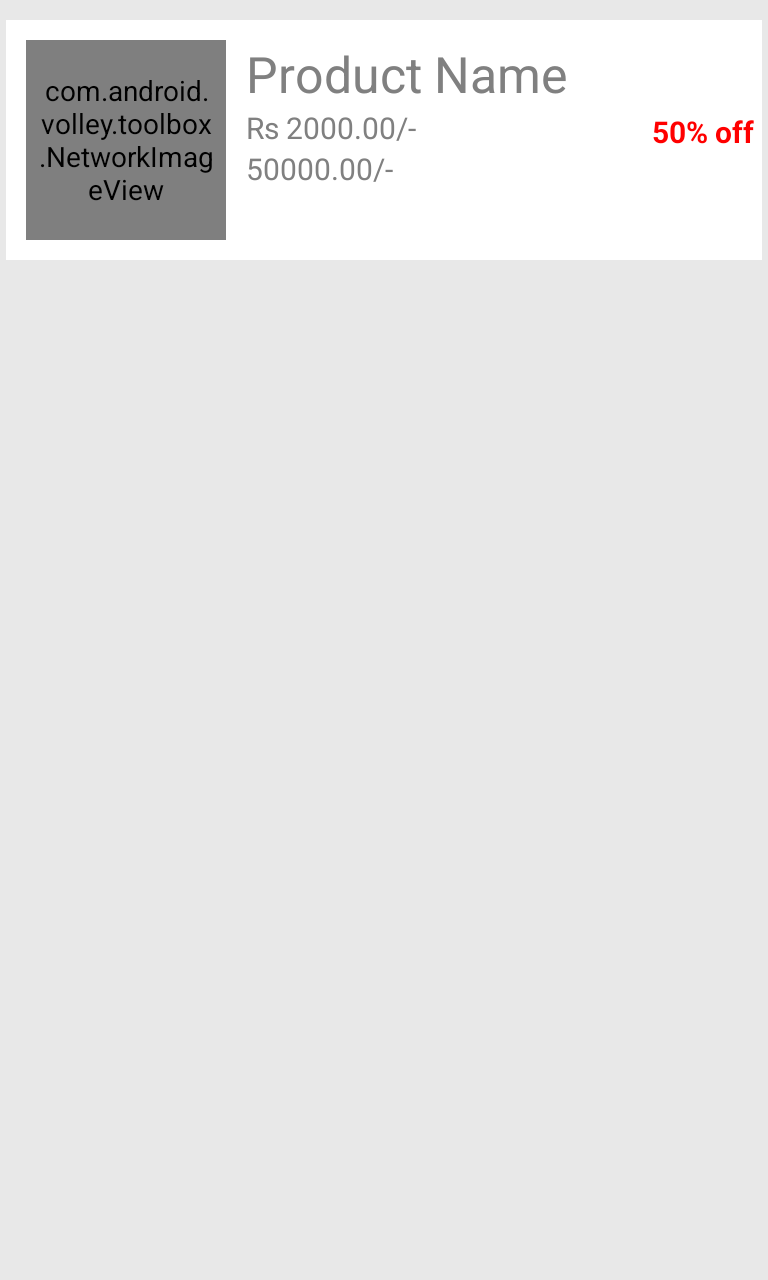
Repository: thisisdemo333/BigDiscount
Layout: BigDiscounts/res/layout/view_lv_search_list.xml
An editor plug-in stored every save of this project. The layout is shown before and after the next save, followed by the edit.
Pictures or frames that could not be fetched are drawn as grey boxes. It is drawn on a 768 x 1280 px phone screen (xhdpi) without system bars, with theme AppTheme; the app's code is not run.

Above is the layout before, as saved 2015-05-10 16:06:55.

After the next save:
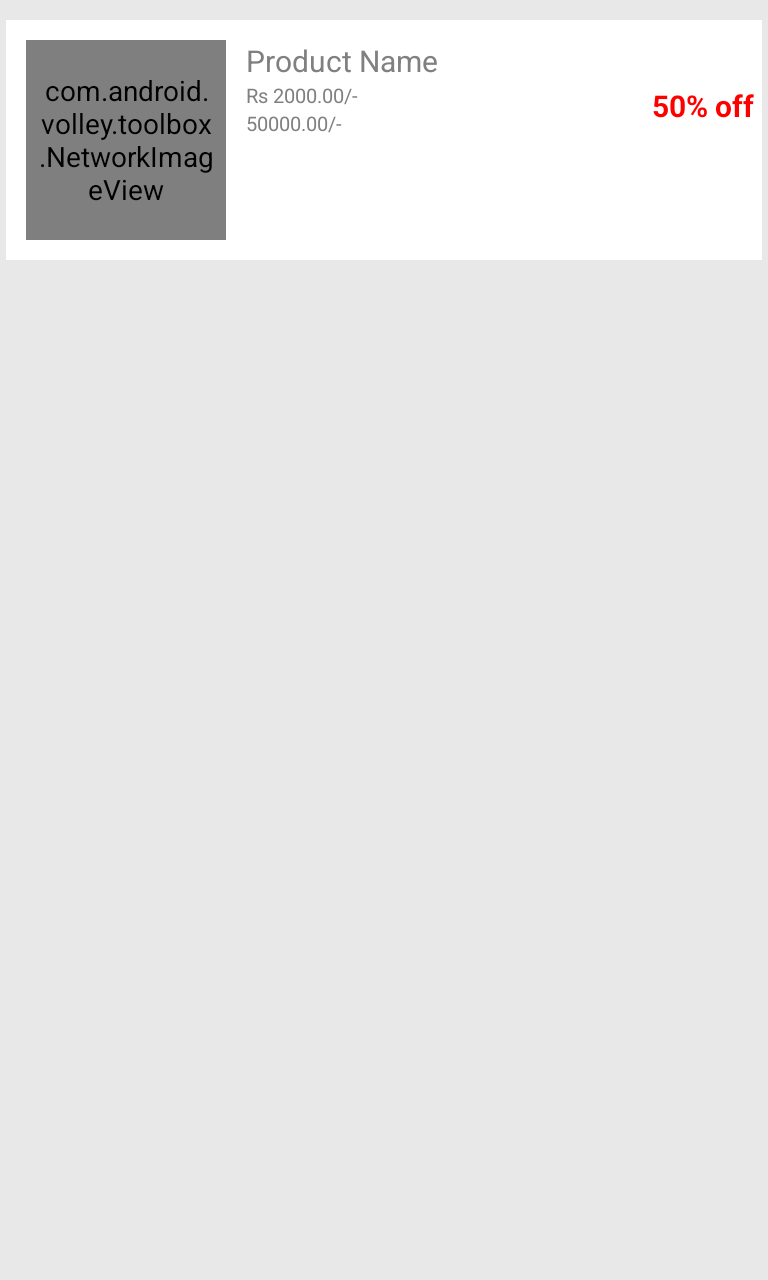
Saved 8 min 22 s later.
--- a/BigDiscounts/res/layout/view_lv_search_list.xml
+++ b/BigDiscounts/res/layout/view_lv_search_list.xml
@@ -46,7 +46,7 @@
             android:layout_toRightOf="@+id/image_loader"
             android:text="Product Name"
             android:textColor="@color/gray"
-            android:textSize="@dimen/large_text_size" />
+            android:textSize="@dimen/medium_text_size" />
 
         <TextView
             android:id="@+id/tv_product_selling_prise"
@@ -56,7 +56,7 @@
             android:layout_toRightOf="@+id/image_loader"
             android:text="Rs 2000.00/-"
             android:textColor="@color/gray"
-            android:textSize="@dimen/medium_text_size" />
+            android:textSize="@dimen/small_text_size" />
 
         <TextView
             android:id="@+id/tv_product_mrp"
@@ -66,7 +66,7 @@
             android:layout_toRightOf="@+id/image_loader"
             android:text="50000.00/-"
             android:textColor="@color/gray"
-            android:textSize="@dimen/medium_text_size" />
+            android:textSize="@dimen/small_text_size" />
 
         <TextView
             android:id="@+id/tv_product_offer"
